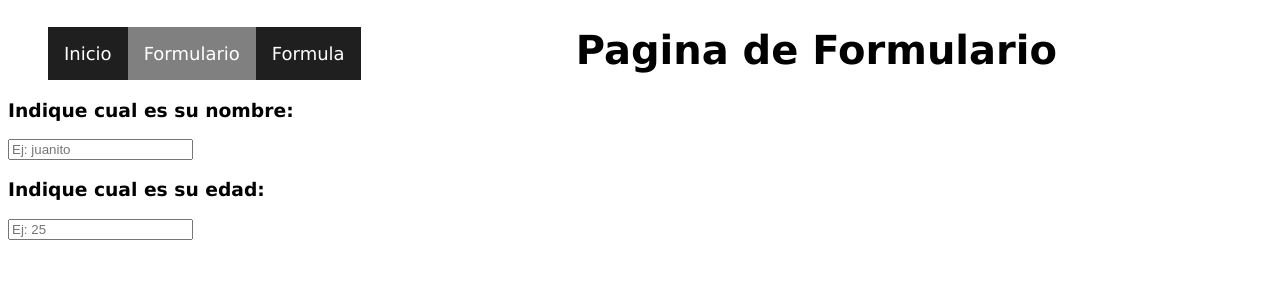
Repository: misterySnow94/tutoriales
Page: pagina basica/formulario.html
The author's editor kept a copy of each file at every save. The page is drawn from the files as they stood at one save, then again after a run of saves.
The browser window is 1280 px wide. The pictures show the whole page.

Above is the page before, as saved 2019-11-03 23:49:37.

### pagina basica/formulario.html
<!DOCTYPE html>
<html lang="en">
<head>
    <meta charset="UTF-8">
    <meta name="viewport" content="width=device-width, initial-scale=1.0">
    <meta http-equiv="X-UA-Compatible" content="ie=edge">
    <title>inicio</title>
    <link rel="stylesheet" href="css/style.css">
</head>
<body>
    <nav>
        <ul>
            <li><a href="index.html"> Inicio </a></li>
            <li class="active"><a href="formulario.html">Formulario</a></li>
            <li><a href="formula.html">Formula</a></li>
        </ul>
    </nav>

    <div class="contenido">
        <h1>Pagina de Formulario</h1>

        <form action="">
            <label for="nombre">
                <h3>Indique cual es su nombre:</h3>
                <input type="text" placeholder="Ej: juanito" name="nombre">
            </label>
            <label for="edad">
                <h3>Indique cual es su edad:</h3>
                <input type="number" placeholder="Ej: 25" name="edad">
            </label>
        </form>
    </div>
</body>
</html>

### pagina basica/css/style.css
body{
    font-family: 'Lucida Sans', 'Lucida Sans Regular', 'Lucida Grande', 'Lucida Sans Unicode', Geneva, Verdana, sans-serif;
}

li{
    float: left;
    list-style: none;
    padding: 16px;
    background-color: rgb(31, 31, 31);
}

.active{
    background-color: gray;
}

li:hover{
    background-color: gray;
}

a{
    color: white;
    text-decoration: none;
    font-size: 18px;
}

h1{
    text-align: center;
    font-size: 40px;
}

After the next 2 saves:
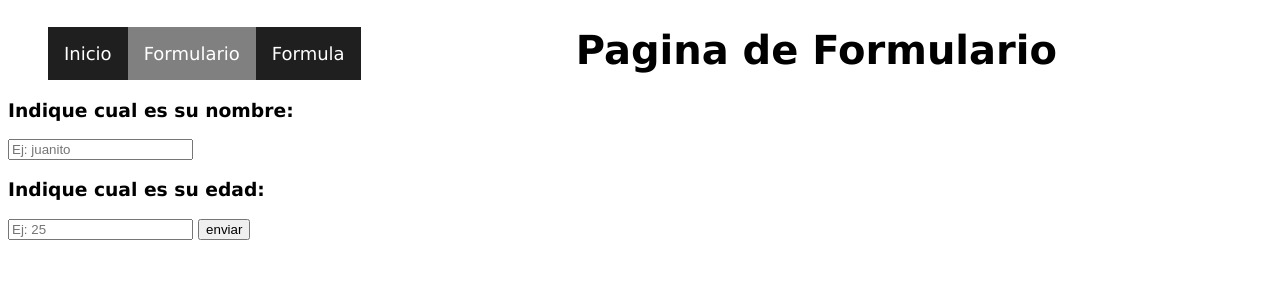
The 2 saves are shown as one change because they came seconds apart.
The last was saved 56 s later.
--- a/pagina basica/formulario.html
+++ b/pagina basica/formulario.html
@@ -28,6 +28,7 @@
                 <h3>Indique cual es su edad:</h3>
                 <input type="number" placeholder="Ej: 25" name="edad">
             </label>
+            <button>enviar</button>
         </form>
     </div>
 </body>
